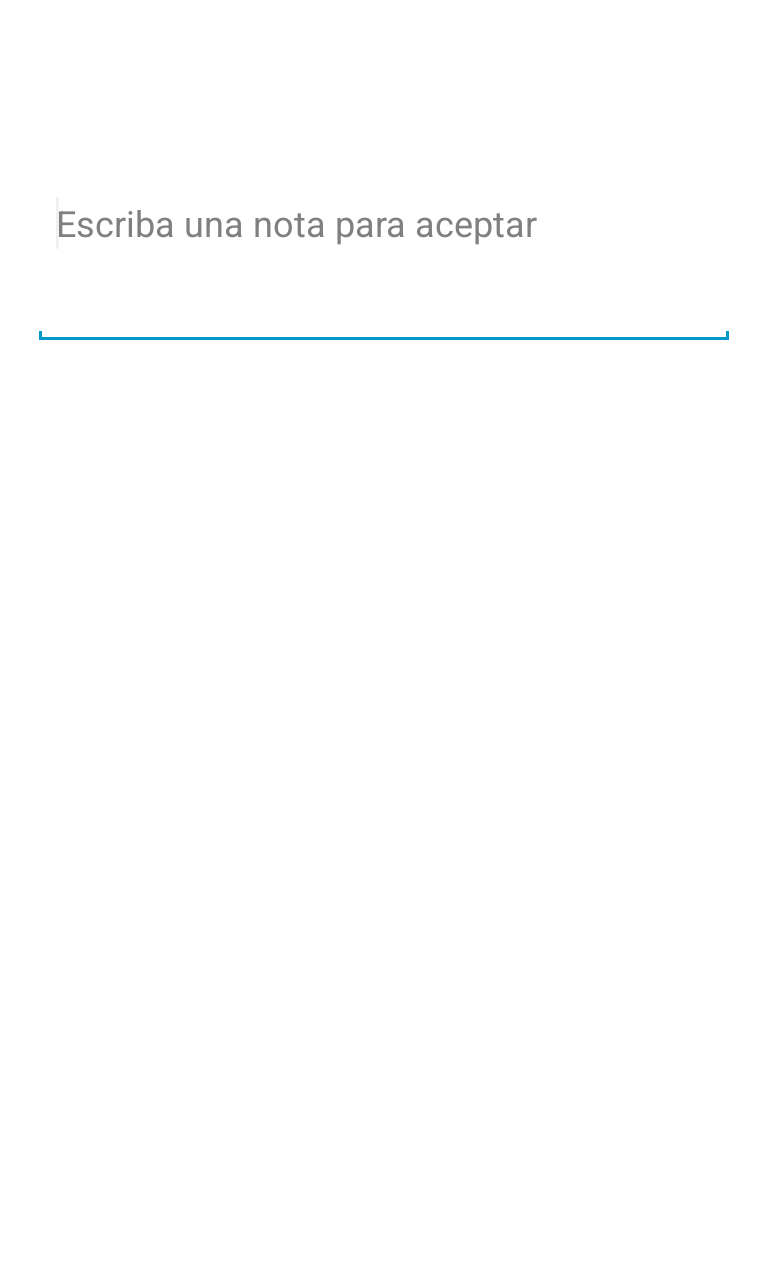
Repository: G3rcar/Android-I
Layout: Clase04Mantenimiento/res/layout/activity_result.xml
The author's editor kept a copy of each file at every save. The layout is drawn from the files as they stood at one save, then again after the next save.
It is drawn on a 768 x 1280 px phone screen (xhdpi) without system bars, with theme AppTheme; the app's code is not run.

Above is the layout before, as saved 2013-10-30 13:23:14.

After the next save:
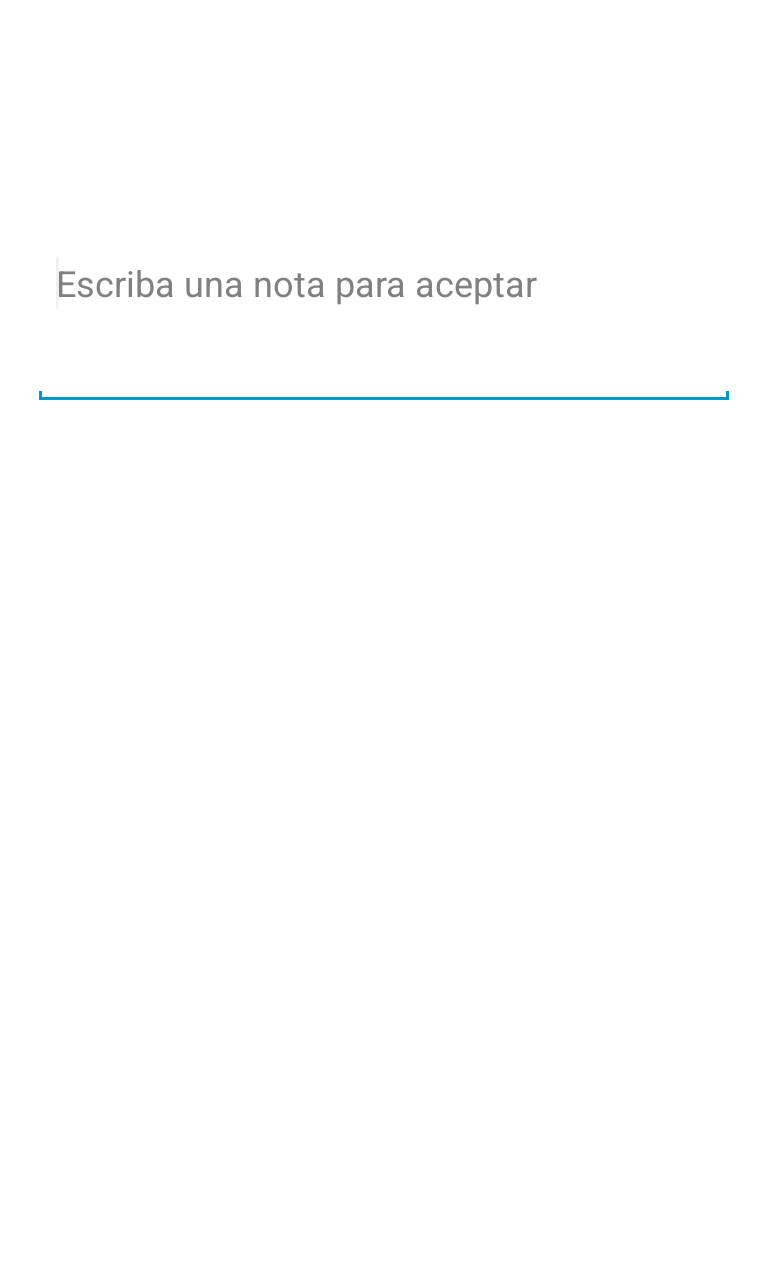
Saved 2 min 27 s later.
--- a/Clase04Mantenimiento/res/layout/activity_result.xml
+++ b/Clase04Mantenimiento/res/layout/activity_result.xml
@@ -42,7 +42,9 @@
         android:layout_height="wrap_content" />
 
     <View
-
+        android:layout_width="wrap_content"
+        android:layout_height="30dp"
+        android:background="#00000000"
         />
 
     <EditText
